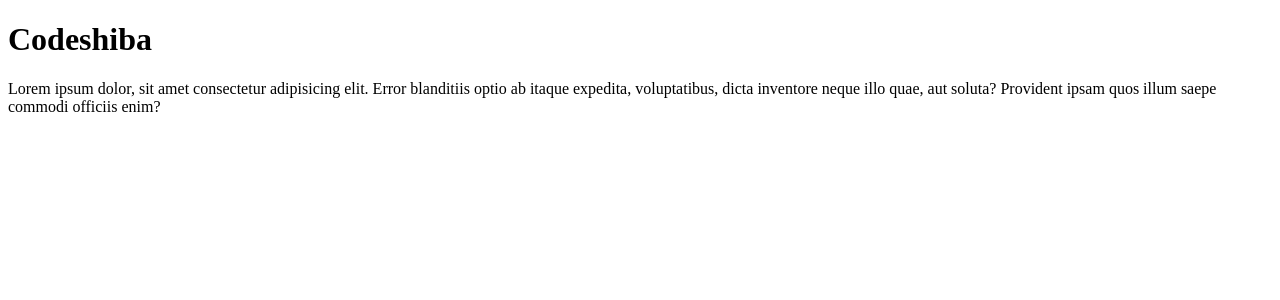
Repository: nanfengovo/CSS
Page: indexfont.html
These files come from the project's save history. The page is drawn as it stood at one moment and after the next save; the edit follows.
The browser window is 1280 px wide. The pictures show the whole page.

Above is the page before, as saved 2024-12-31 23:02:44.

### indexfont.html
<!DOCTYPE html>
<html lang="en">
<head>
    <meta charset="UTF-8">
    <meta name="viewport" content="width=device-width, initial-scale=1.0">
    <title>CSS字体介绍</title>
    <style>
        h1{
            font-family: cursive;
        }
    </style>
</head>
<body>
    <h1>Codeshiba</h1>
    <p>Lorem ipsum dolor, sit amet consectetur adipisicing elit. Error blanditiis optio ab itaque expedita, voluptatibus, dicta inventore neque illo quae, aut soluta? Provident ipsam quos illum saepe commodi officiis enim?</p>
</body>
</html>

After the next save:
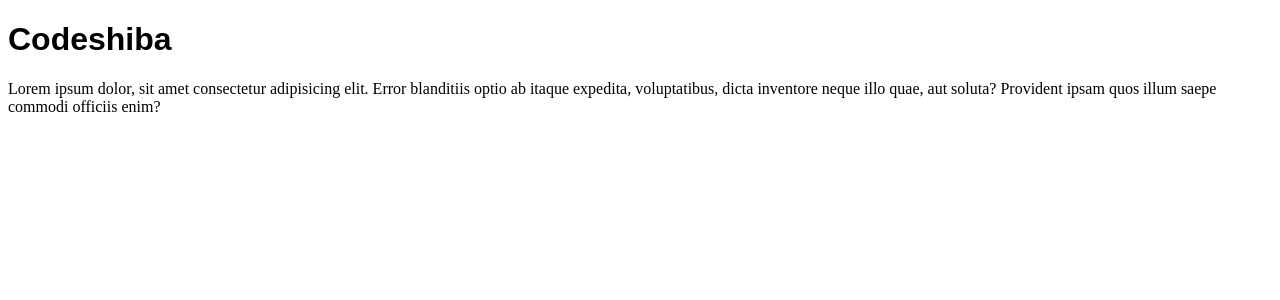
Saved 59 s later.
--- a/indexfont.html
+++ b/indexfont.html
@@ -6,7 +6,7 @@
     <title>CSS字体介绍</title>
     <style>
         h1{
-            font-family: cursive;
+            font-family: cursive, sans-serif;
         }
     </style>
 </head>
